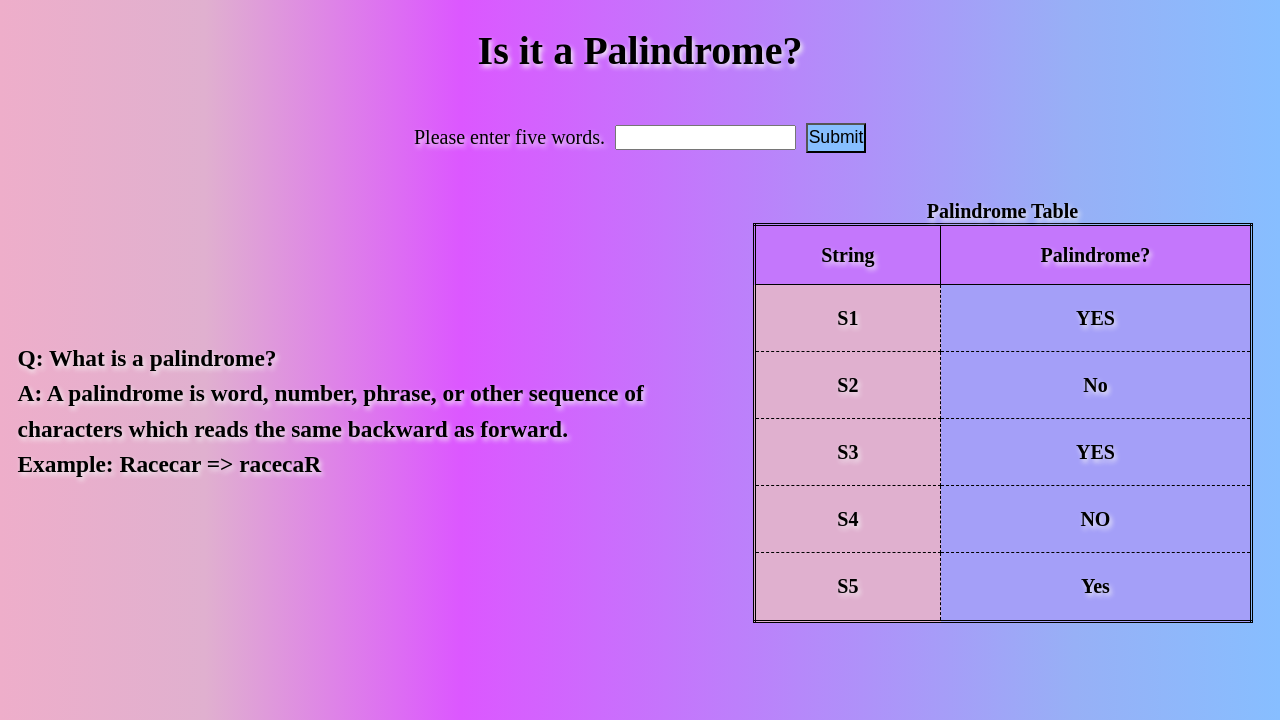
Repository: mlmEFSC21/P18-Palindrome-Table
Page: palindrome.html
These files come from the project's save history. The page is drawn as it stood at one moment and after the next save; the edit follows.
The browser window is 1280 px wide. The pictures show the whole page.

Above is the page before, as saved 2022-04-04 14:24:34.

### palindrome.html
<!DOCTYPE html>
<html lang="en">
    <head>
        <meta charset="UTF-8" />
        <meta http-equiv="X-UA-Compatible" content="IE=edge" />
        <meta name="viewport" content="width=device-width, initial-scale=1.0" />
        <link rel="stylesheet" href="palindrome.css" />
        <script defer src="palindrome.js"></script>
        <title>Palindrome Table</title>
    </head>
    <body>
        <header class="mainHeader">
            <h1>Is it a Palindrome?</h1>
        </header>
        <div class="mainContent">
            <div class="formContainer" id="formContainer">
                <form class="palindromeForm" id="palindromeForm">
                    <label for="stringInput">Please enter five words.</label>
                    <input
                        type="text"
                        name="stringInput"
                        class="stringInput"
                        id="stringInput"
                        required
                    />
                    <button type="submit" class="submit-btn" id="submit-btn">Submit</button>
                </form>
            </div>
            <div class="tableContainer" id="tableContainer">
                <div class="definition">
                    <h3>
                        <p>Q: What is a palindrome?</p>
                        <p>
                            A: A palindrome is word, number, phrase, or other sequence of characters
                            which reads the same backward as forward.
                        </p>
                        <p>Example: Racecar => racecaR</p>
                    </h3>
                </div>
                <table>
                    <caption>
                        Palindrome Table
                    </caption>
                    <thead>
                        <tr>
                            <th>String</th>
                            <th>Palindrome?</th>
                        </tr>
                    </thead>
                    <tbody>
                        <tr>
                            <td class="string">S1</td>
                            <td class="yes-no">YES</td>
                        </tr>
                        <tr>
                            <td class="string">S2</td>
                            <td class="yes-no">No</td>
                        </tr>
                        <tr>
                            <td class="string">S3</td>
                            <td class="yes-no">YES</td>
                        </tr>
                        <tr>
                            <td class="string">S4</td>
                            <td class="yes-no">NO</td>
                        </tr>
                        <tr>
                            <td class="string">S5</td>
                            <td class="yes-no">Yes</td>
                        </tr>
                    </tbody>
                </table>
            </div>
        </div>
    </body>
</html>

### palindrome.css
*,
*::after,
*::before {
    box-sizing: border-box;
    margin: 0;
    padding: 0;
}
body {
    text-shadow: 2px 3px 5px whitesmoke;
    font-size: 1.25rem;
    background: rgb(238, 174, 202);
    background: linear-gradient(
        90deg,
        rgba(238, 174, 202, 1) 0%,
        rgba(224, 176, 207, 1) 16%,
        rgba(220, 87, 255, 1) 36%,
        rgba(151, 176, 246, 1) 84%,
        rgba(135, 190, 255, 1) 100%
    );
}
header {
    display: flex;
    align-items: center;
    justify-content: center;
    height: 100px;
}
.mainContent {
    display: flex;
    flex-wrap: wrap;
}
.formContainer {
    width: 100vw;
    margin: 10px, auto;
    padding: 15px;
}
form {
    display: flex;
    justify-content: center;
    align-items: center;
}
input {
    margin: 10px;
    height: 25px;
}
button {
    height: 30px;
    width: 60px;
    background-color: rgba(135, 190, 255, 1);
    font-size: 1.1rem;
}
.tableContainer {
    display: flex;
    justify-content: space-around;
    align-items: space-around;
    padding: 15px;
}
.definition {
    justify-self: center;
    align-self: center;
    flex-wrap: wrap;
    flex-basis: 720px;
    line-height: 1.5;
}
table {
    border-collapse: collapse;
    border: 3px double black;
    margin: 10px;
    padding: 10px;
    width: 500px;
    height: 400px;
    text-align: center;
    font-weight: 700;
}
th {
    height: 60px;
    border: 1px solid black;
    padding: 15px;
    background-color: #c477fc;
}
tr,
td {
    height: 30px;
    border: 1px dashed black;
    padding: 10px;
}
td {
    background-color: #e0b0cf;
}
td:nth-child(even) {
    background-color: #a49ff8;
}

Loaded but not shown: palindrome.js (no stored copy; drawn as an empty file)

After the next save:
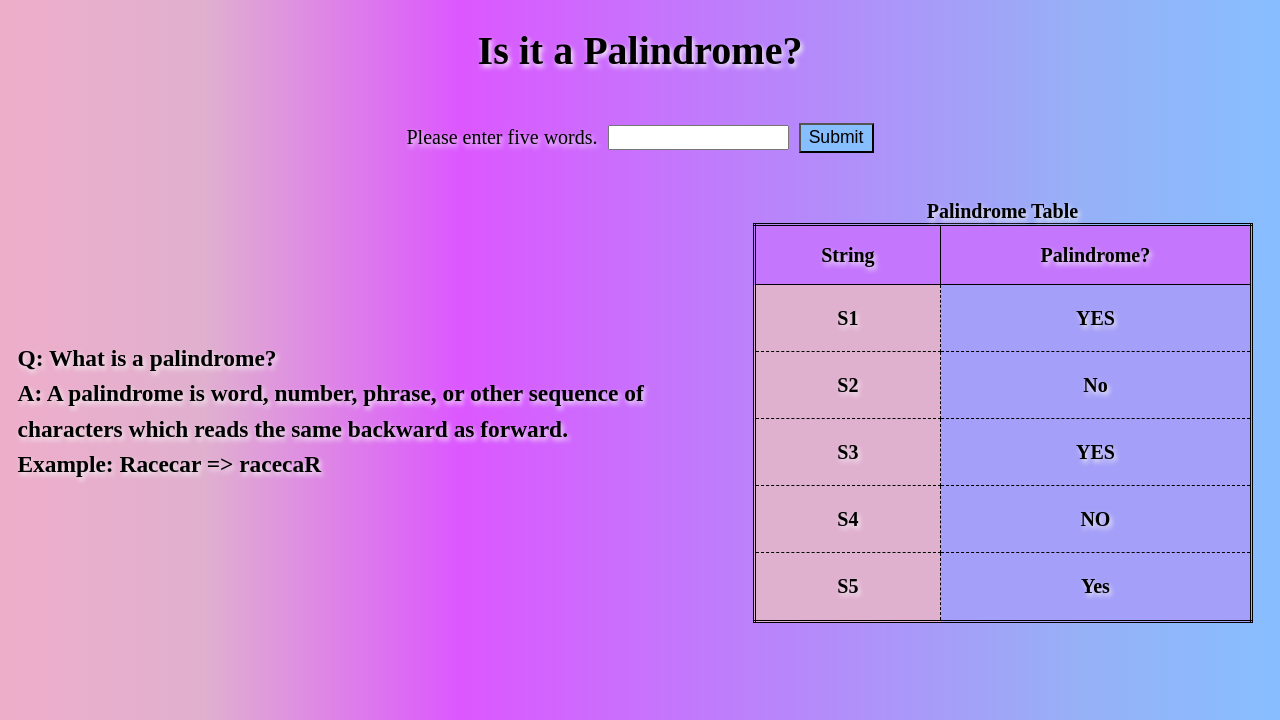
Saved 8 s later.
--- a/palindrome.css
+++ b/palindrome.css
@@ -44,7 +44,7 @@ input {
 }
 button {
     height: 30px;
-    width: 60px;
+    width: 75px;
     background-color: rgba(135, 190, 255, 1);
     font-size: 1.1rem;
 }
